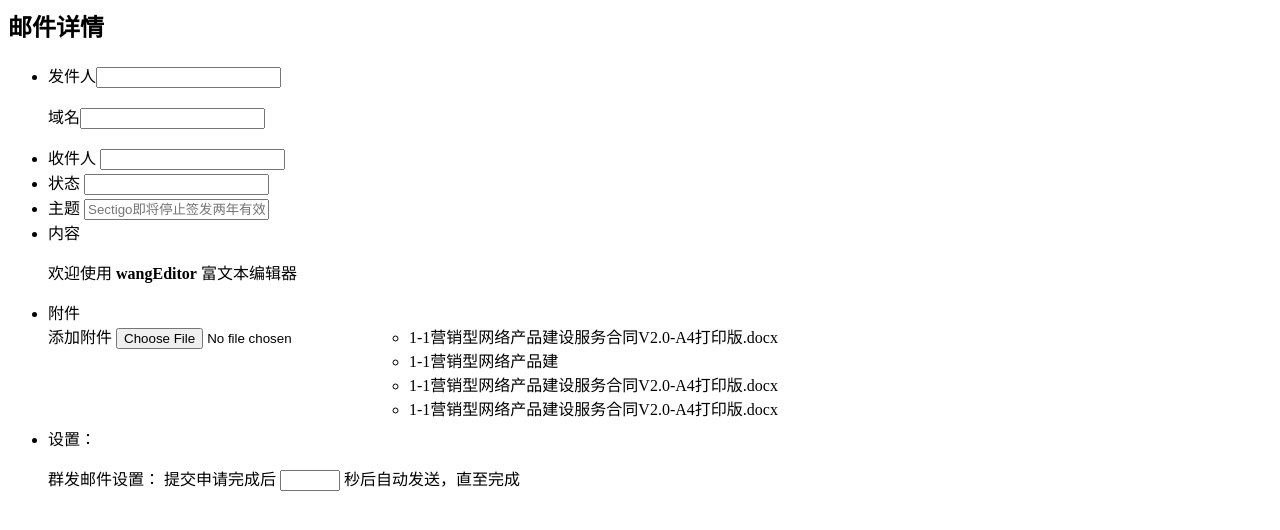
Repository: wangyan466393/racentSystem
Page: emailDetail.html
The author's editor kept a copy of each file at every save. The page is drawn from the files as they stood at one save, then again after the next save.
The browser window is 1280 px wide. The pictures show the whole page.

Above is the page before, as saved 2020-08-12 10:06:32.

After the next save:
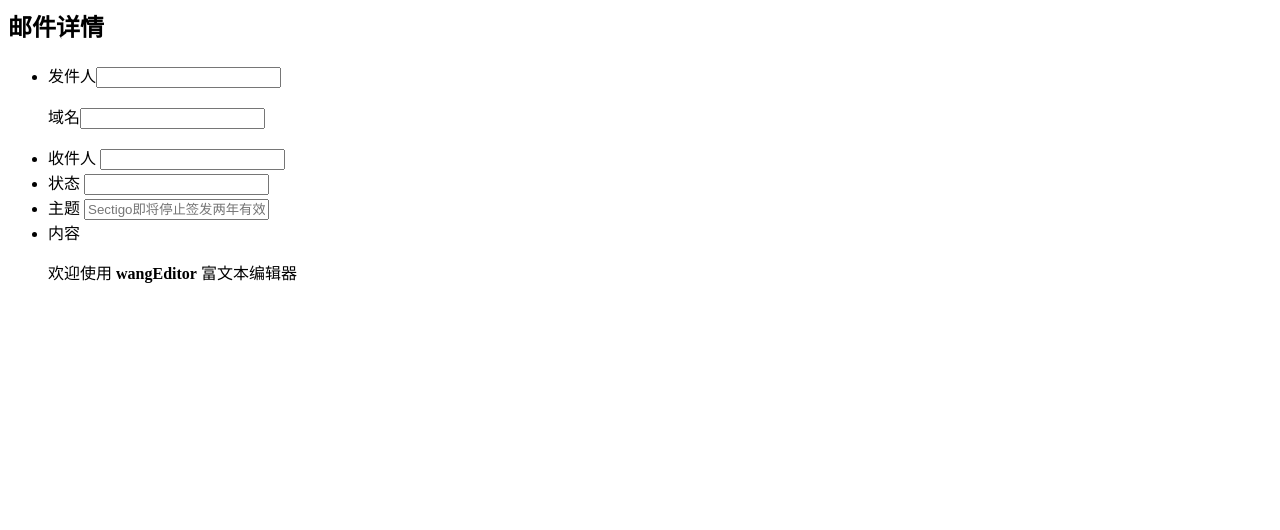
Saved 43 s later.
--- a/emailDetail.html
+++ b/emailDetail.html
@@ -33,35 +33,7 @@
                     <p>欢迎使用 <b>wangEditor</b> 富文本编辑器</p>
                 </div>
             </li>
-            <li>
-                <span>附件</span>
-                <div style="width: 100%;display: flex;">
-                    <div class="upload-box">
-                        <label for="file" class="upload-label">
-                            添加附件
-                            <input class="file-upload" type="file" id="file">
-                        </label>
-                    </div>
-                    <div>
-                        <ul class="file_view">
-                            <li>1-1营销型网络产品建设服务合同V2.0-A4打印版.docx</li>
-                            <li>1-1营销型网络产品建</li>
-                            <li>1-1营销型网络产品建设服务合同V2.0-A4打印版.docx</li>
-                            <li>1-1营销型网络产品建设服务合同V2.0-A4打印版.docx</li>
-                        </ul>
-                    </div>
-                </div>
 
-            </li>
-            <li style="line-height: 40px;">
-                <span>设置：</span>
-                <div style="width: 100%;">
-                    群发邮件设置：
-                    提交申请完成后
-                    <input type="text" style="width: 60px;">
-                    秒后自动发送，直至完成
-                </div>
-            </li>
         </ul>
     </div>
 </div>
